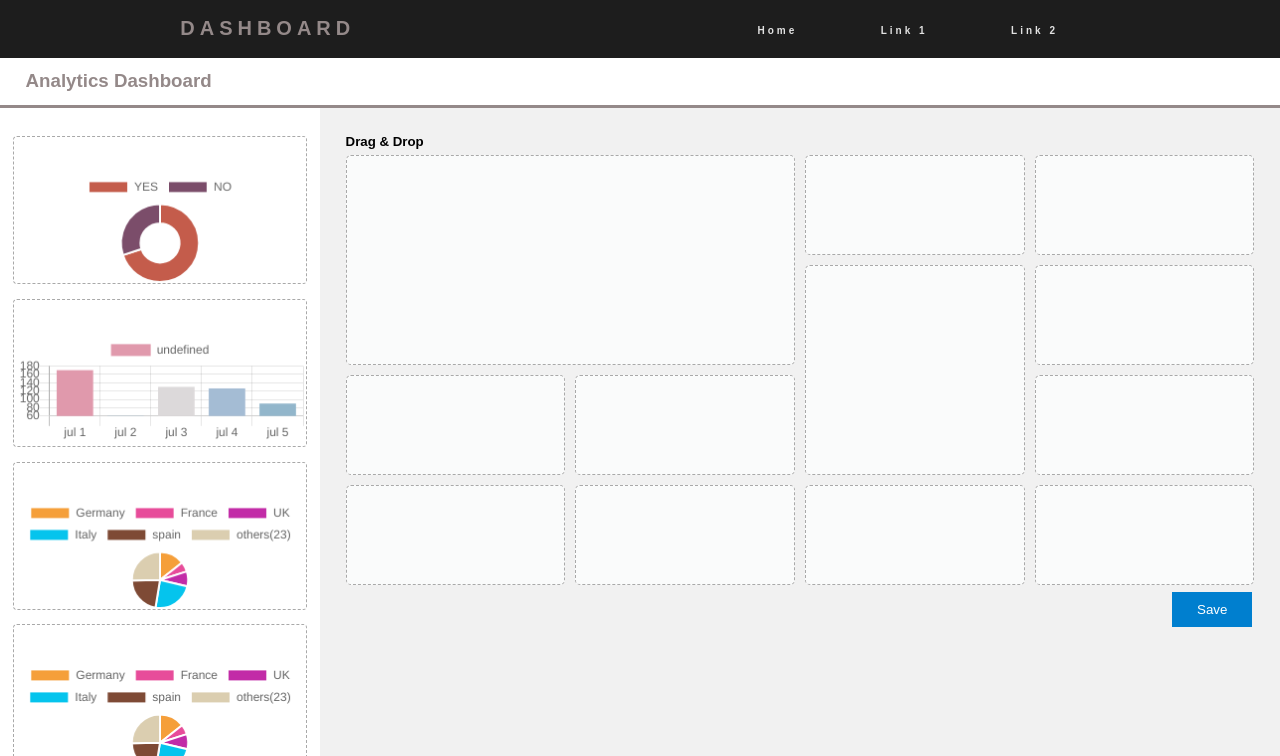
Repository: nourabdelhakam/drag-drop
Page: index.html
These files come from the project's save history. The page is drawn as it stood at one moment and after the next save; the edit follows.
The browser window is 1280 px wide. The pictures show the whole page.
Some web libraries are served in a nearby version.

Above is the page before, as saved 2020-07-05 20:44:24.

After the next save:
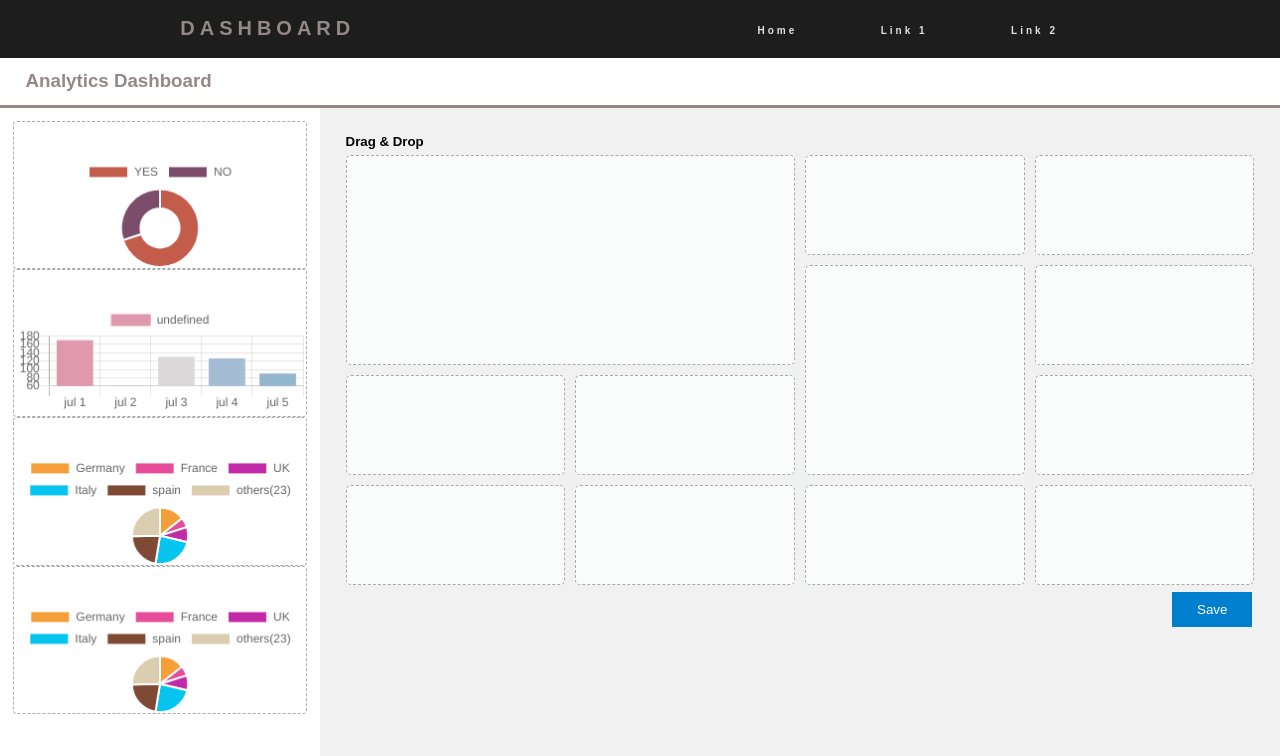
Saved 9 s later.
--- a/css/main.css
+++ b/css/main.css
@@ -40,7 +40,7 @@
     border: 1px dashed darkgrey;
     /* padding: 5px 5px;  */
     text-align: center;
-    margin: 5% 0;
+    /* margin: 5% 0; */
     /* height: 100%;
     width: 100%; */
     cursor: pointer;

After the save that followed:
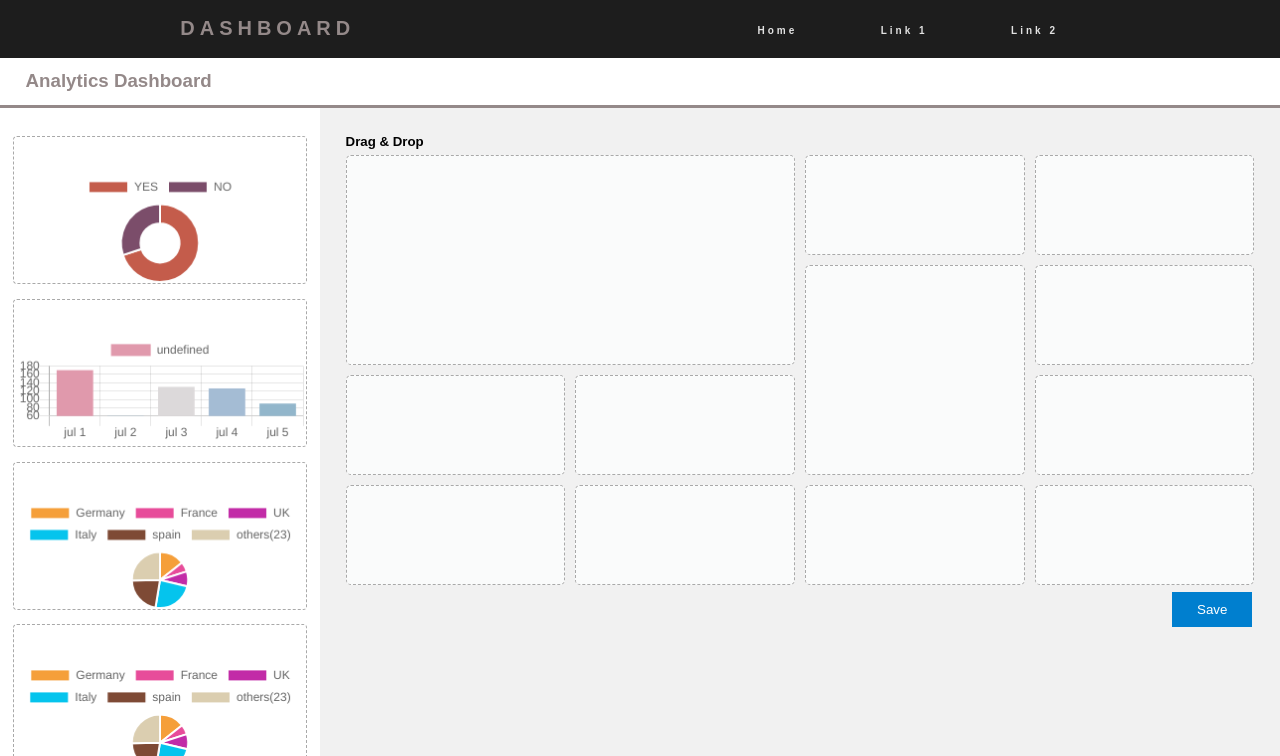
Saved 54 s later.
--- a/css/main.css
+++ b/css/main.css
@@ -40,7 +40,7 @@
     border: 1px dashed darkgrey;
     /* padding: 5px 5px;  */
     text-align: center;
-    /* margin: 5% 0; */
+    margin: 5% 0;
     /* height: 100%;
     width: 100%; */
     cursor: pointer;
